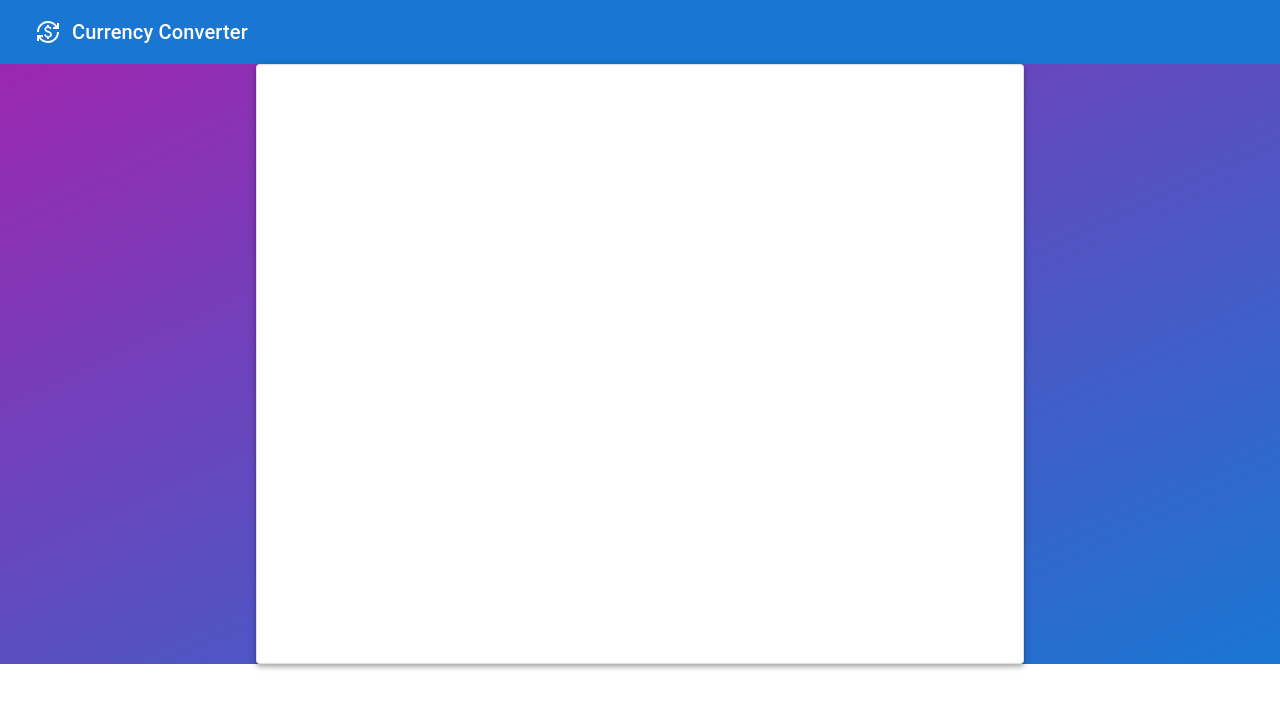
Repository: rutsguifd/currency-converter
Page: /
The author's editor kept a copy of each file at every save. The page is drawn from the files as they stood at one save, then again after the next save.
The browser window is 1280 px wide. The pictures show the whole page.
The project was rebuilt for these pictures with package versions that can differ from the ones it lists, and the page was loaded fresh each time. Also part of the build but not shown: src/components/ErrorBoundary.jsx.

Above is the page before, as saved 2023-03-27 23:43:51.

### src/index.js
import { CssBaseline } from "@mui/material";
import React from "react";
import ReactDOM from "react-dom/client";
import { Provider } from "react-redux";
import { BrowserRouter } from "react-router-dom";
import App from "./App";
import { setupStore } from "./store";

const store = setupStore();

const root = ReactDOM.createRoot(document.getElementById("root"));
root.render(
  <Provider store={store}>
    <BrowserRouter>
      <CssBaseline>
        <App />
      </CssBaseline>
    </BrowserRouter>
  </Provider>
);

### src/App.js
import AppRouter from "./router/AppRouter";

function App() {
  return (
    <>
      <AppRouter />
    </>
  );
}

export default App;

### src/store/index.js
import { combineReducers, configureStore } from "@reduxjs/toolkit";
import { ConverterAPI } from "./ConverterService";

const rootReducer = combineReducers({
  [ConverterAPI.reducerPath]: ConverterAPI.reducer,
});

export const setupStore = () => {
  return configureStore({
    reducer: rootReducer,
    middleware: (getDefaultMiddleware) =>
      getDefaultMiddleware().concat(ConverterAPI.middleware),
  });
};

### src/router/AppRouter.jsx
import React from "react";
import { Route, Routes } from "react-router-dom";
import ErrorBoundary from "../components/ErrorBoundary";
import HomePage from "../pages/HomePage";

const AppRouter = () => {
  return (
    <Routes>
      <Route path="/" element={<HomePage />} />
      <Route path="/error" element={<ErrorBoundary />} />
    </Routes>
  );
};

export default AppRouter;

### src/store/ConverterService.js
import { createApi, fetchBaseQuery } from "@reduxjs/toolkit/dist/query/react";

const BASE_URL = "https://api.apilayer.com/exchangerates_data/";

const BASE_QUERY = fetchBaseQuery({
  baseUrl: BASE_URL,
  prepareHeaders: (headers) => {
    headers.set("apikey", "3yTPGVUhUYyAGGgNkKb2MySzxmY4qcWi");
    return headers;
  },
});

export const ConverterAPI = createApi({
  reducerPath: "ConverterAPI",
  baseQuery: BASE_QUERY,
  tagTypes: ["ConverterAPI"],
  endpoints: (build) => ({
    getLatestCurrency: build.query({
      query: ({ symbols, base }) => `latest?symbols=${symbols}&base=${base}`,
    }),
  }),
});

### src/pages/HomePage.jsx
import React from "react";
import ConvertContainer from "../components/ConvertContainer";
import MainLayout from "../layout/MainLayout";

const HomePage = () => {
  return (
    <MainLayout>
      <ConvertContainer />
    </MainLayout>
  );
};

export default HomePage;

### src/components/ConvertContainer.jsx
import { Container, useTheme } from "@mui/material";
import React from "react";
import Convert from "./Convert";

const ConvertContainer = () => {
  const theme = useTheme();

  return (
    <Container
      maxWidth={false}
      disableGutters
      sx={{
        display: "flex",
        justifyContent: "center",
        alignItems: "center",
        minHeight: "calc(100vh - 64)",
        background: `linear-gradient(to right bottom, ${theme.palette.secondary.main},  ${theme.palette.primary.main})`,
      }}
    >
      <Convert />
    </Container>
  );
};

export default ConvertContainer;

### src/layout/MainLayout.jsx
import React from "react";
import Header from "../components/Header";

const MainLayout = ({ children }) => {
  return (
    <>
      <Header />
      {children}
    </>
  );
};

export default MainLayout;

### src/components/Convert.jsx
import { Paper } from "@mui/material";
import React from "react";

const Convert = () => {
  return (
    <Paper
      variant="outlined"
      sx={{
        p: 4,
        display: "flex",
        flexDirection: "column",
        alignItems: "center",
        justifyContent: "center",
        width: "60vw",
        minWidth: "400px",
        height: "60vh",
        minHeight: "600px",
        gap: 4,
        boxShadow: 4,
      }}
    ></Paper>
  );
};

export default Convert;

### src/components/Header.jsx
import {
  AppBar,
  Box,
  CircularProgress,
  IconButton,
  Toolbar,
  Typography,
} from "@mui/material";
import CurrencyExchangeIcon from "@mui/icons-material/CurrencyExchange";
import EuroSymbolIcon from "@mui/icons-material/EuroSymbol";
import AttachMoneyIcon from "@mui/icons-material/AttachMoney";
import React from "react";
import { ConverterAPI } from "../store/ConverterService";
import { useNavigate } from "react-router-dom";

const Header = () => {
  const navigate = useNavigate();

  //   const {
  //     data: USDData,
  //     error: USDError,
  //     isLoading: USDLoading,
  //   } = ConverterAPI.useGetLatestCurrencyQuery({
  //     symbols: "UAH",
  //     base: "USD",
  //   });
  //   const {
  //     data: EURData,
  //     error: EURError,
  //     isLoading: EURLoading,
  //   } = ConverterAPI.useGetLatestCurrencyQuery({
  //     symbols: "UAH",
  //     base: "EUR",
  //   });
  //   if (USDError || EURError) {
  //     return navigate("/error");
  //   }
  return (
    <Box sx={{ flexGrow: 1 }}>
      <AppBar position="static">
        <Toolbar>
          <IconButton size="large" color="inherit">
            <CurrencyExchangeIcon />
          </IconButton>
          <Typography variant="h6" component="div" sx={{ flexGrow: 1 }}>
            Currency Converter
          </Typography>
          {/* <Box margin={2} display="flex" flexDirection="row">
            <EuroSymbolIcon />
            {EURLoading ? (
              <CircularProgress />
            ) : (
              <Typography>{EURData.rates.UAH}</Typography>
            )}
          </Box>
          <Box margin={2} display="flex" flexDirection="row">
            <AttachMoneyIcon />
            {USDLoading ? (
              <CircularProgress />
            ) : (
              <Typography>{USDData.rates.UAH}</Typography>
            )}
          </Box> */}
        </Toolbar>
      </AppBar>
    </Box>
  );
};

export default Header;

Loaded but not shown: public/index.html (common file)

After the next save:
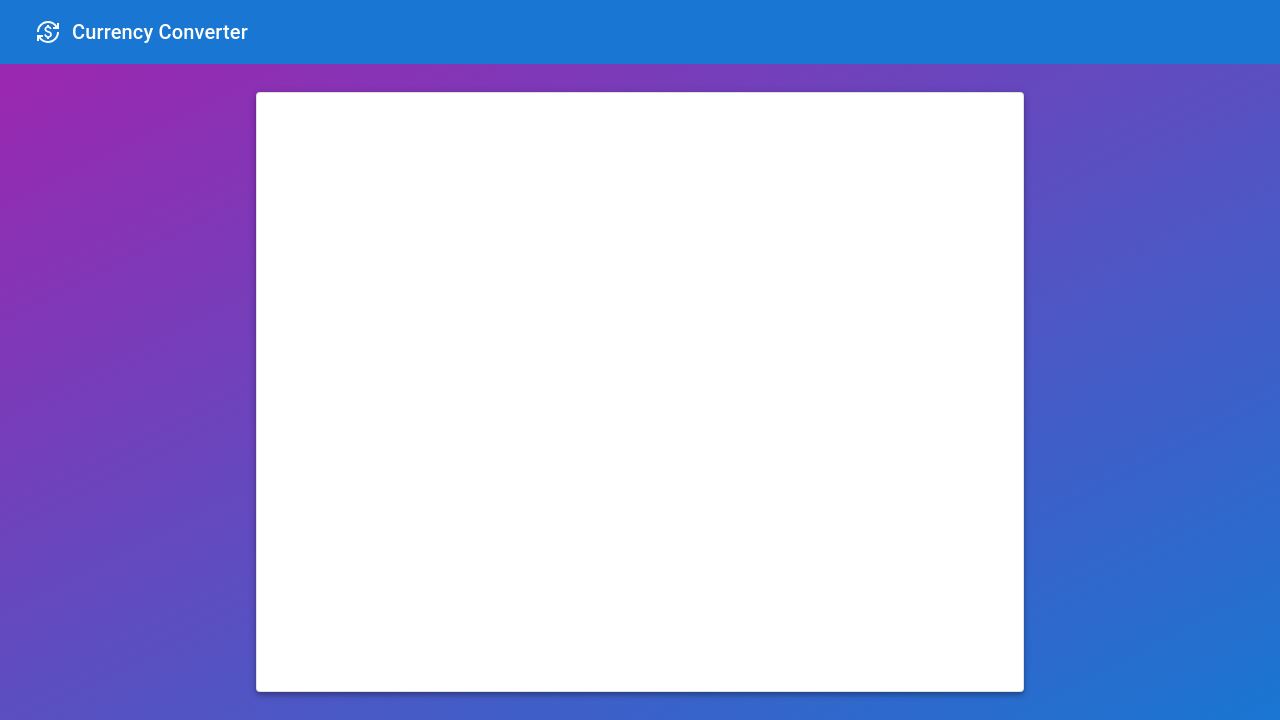
Saved 10 s later.
--- a/src/components/ConvertContainer.jsx
+++ b/src/components/ConvertContainer.jsx
@@ -13,7 +13,7 @@ const ConvertContainer = () => {
         display: "flex",
         justifyContent: "center",
         alignItems: "center",
-        minHeight: "calc(100vh - 64)",
+        minHeight: "calc(100vh - 64px)",
         background: `linear-gradient(to right bottom, ${theme.palette.secondary.main},  ${theme.palette.primary.main})`,
       }}
     >
